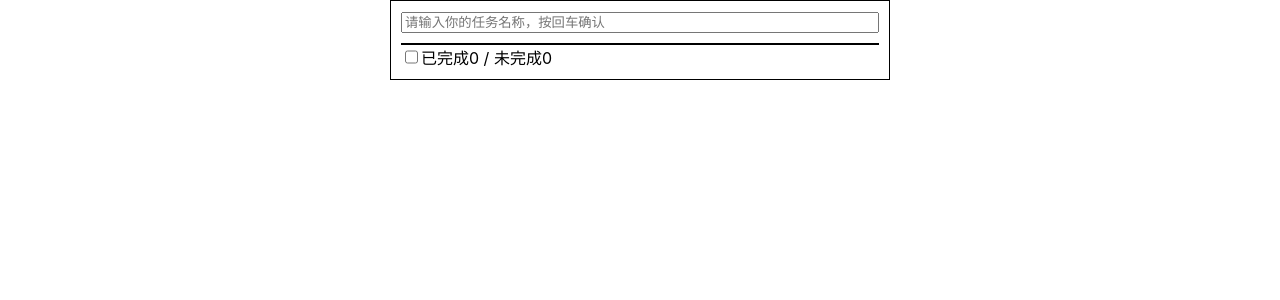
Repository: Gaays/React-todo-list
Page: /
These files come from the project's save history. The page is drawn as it stood at one moment and after the next save; the edit follows.
The browser window is 1280 px wide. The pictures show the whole page.
The project was rebuilt for these pictures with package versions that can differ from the ones it lists, and the page was loaded fresh each time. Also part of the build but not shown: src/components/TodoItem/index.css, src/components/TodoItem/index.jsx.

Above is the page before, as saved 2022-10-17 20:57:47.

After the next save:
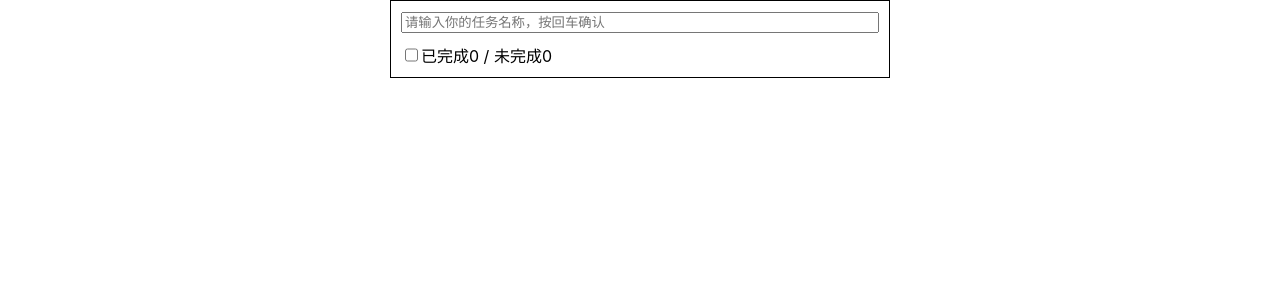
Saved 2 min 44 s later.
--- a/src/components/Todo/index.jsx
+++ b/src/components/Todo/index.jsx
@@ -76,13 +76,18 @@ export default class Todo extends Component {
 
 
   render() {
-    const todoList = this.state.list.map((item) => {
-      return <TodoItem data={item} key={item.id} changeState={this.changeState} />
-    })
+    let todoList = null;
+    if (this.state.list.length > 0) {
+      const itemlist = this.state.list.map((item) => {
+        return <TodoItem data={item} key={item.id} changeState={this.changeState} />
+      })
+      todoList = <div className="todo-list">{itemlist}</div>
+    }
+
     return (
       <div className="todo-box">
         <TodoInput submit={this.addListItem} />
-        <div className="todo-list">{todoList}</div>
+        {todoList}
         <div className="state-box">
           <input type="checkbox" checked={this.state.checkAll} onChange={this.handleCheckAll} />
           <div>已完成{this.getDoneCount} / 未完成{this.getUndoneCount}</div>
